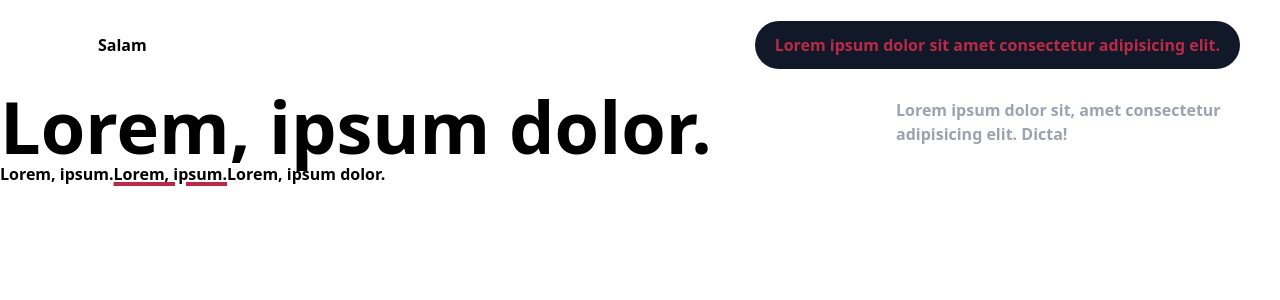
Repository: khaled-m1/Blog-Next.js
Page: /
These files come from the project's save history. The page is drawn as it stood at one moment and after a run of saves; the edit follows.
The browser window is 1280 px wide. The pictures show the whole page.
The project was rebuilt for these pictures with package versions that can differ from the ones it lists, and the page was loaded fresh each time. The framework's server and built-in components were replaced by stand-ins that run in the browser. Also part of the build but not shown: next.config.js.

Above is the page before, as saved 2023-01-15 23:48:33.

### app/layout.tsx
import "../styles/globals.css";

export default function RootLayout({
  children,
}: {
  children: React.ReactNode;
}) {
  return (
    <html>
      <body>{children}</body>
    </html>
  );
}

### app/(user)/layout.tsx
import { Bannar } from "../../components/Bannar";
import Header from "../../components/Header";
import "../../styles/globals.css";

export default function RootLayout({
  children,
}: {
  children: React.ReactNode;
}) {
  return (
    <html>
      <body>
        <Header />
        <Bannar />
        {children}
      </body>
    </html>
  );
}

### styles/globals.css
:root {
  --max-width: 1100px;
  --border-radius: 12px;
  --font-mono: ui-monospace, Menlo, Monaco, "Cascadia Mono", "Segoe UI Mono",
    "Roboto Mono", "Oxygen Mono", "Ubuntu Monospace", "Source Code Pro",
    "Fira Mono", "Droid Sans Mono", "Courier New", monospace;

  --foreground-rgb: 0, 0, 0;
  --background-start-rgb: 214, 219, 220;
  --background-end-rgb: 255, 255, 255;

  --primary-glow: conic-gradient(
    from 180deg at 50% 50%,
    #16abff33 0deg,
    #0885ff33 55deg,
    #54d6ff33 120deg,
    #0071ff33 160deg,
    transparent 360deg
  );
  --secondary-glow: radial-gradient(
    rgba(255, 255, 255, 1),
    rgba(255, 255, 255, 0)
  );

  --tile-start-rgb: 239, 245, 249;
  --tile-end-rgb: 228, 232, 233;
  --tile-border: conic-gradient(
    #00000080,
    #00000040,
    #00000030,
    #00000020,
    #00000010,
    #00000010,
    #00000080
  );

  --callout-rgb: 238, 240, 241;
  --callout-border-rgb: 172, 175, 176;
  --card-rgb: 180, 185, 188;
  --card-border-rgb: 131, 134, 135;
}

@media (prefers-color-scheme: dark) {
  :root {
    --foreground-rgb: 255, 255, 255;
    --background-start-rgb: 0, 0, 0;
    --background-end-rgb: 0, 0, 0;

    --primary-glow: radial-gradient(rgba(1, 65, 255, 0.4), rgba(1, 65, 255, 0));
    --secondary-glow: linear-gradient(
      to bottom right,
      rgba(1, 65, 255, 0),
      rgba(1, 65, 255, 0),
      rgba(1, 65, 255, 0.3)
    );

    --tile-start-rgb: 2, 13, 46;
    --tile-end-rgb: 2, 5, 19;
    --tile-border: conic-gradient(
      #ffffff80,
      #ffffff40,
      #ffffff30,
      #ffffff20,
      #ffffff10,
      #ffffff10,
      #ffffff80
    );

    --callout-rgb: 20, 20, 20;
    --callout-border-rgb: 108, 108, 108;
    --card-rgb: 100, 100, 100;
    --card-border-rgb: 200, 200, 200;
  }
}
* {
  box-sizing: border-box;
  padding: 0;
  margin: 0;
}

html,
body {
  max-width: 100vw;
  overflow-x: hidden;
}

/* body {
  color: rgb(var(--foreground-rgb));
  background: linear-gradient(
      to bottom,
      transparent,
      rgb(var(--background-end-rgb))
    )
    rgb(var(--background-start-rgb));
} */

a {
  color: inherit;
  text-decoration: none;
}

@media (prefers-color-scheme: dark) {
  html {
    color-scheme: dark;
  }
}

@tailwind base;
@tailwind components;
@tailwind utilities;

### components/Bannar.tsx
import React from "react";

export const Bannar = () => {
  return (
    <div className="flex flex-col lg:flex-row lg:space-x-5 justify-between font-bold">
      <div>
        <h1 className="text-7xl">Lorem, ipsum dolor.</h1>
        <h2 className="mt-5 md:mt-0">
          Lorem, ipsum.
          <span className="underline decoration-4 decoration-[#BA2948]">
            Lorem, ipsum.
          </span>
          Lorem, ipsum dolor.
        </h2>
      </div>
      <p className="mt-5 md:mt-2 text-gray-400 max-w-sm">
        Lorem ipsum dolor sit, amet consectetur adipisicing elit. Dicta!
      </p>
    </div>
  );
};

### components/Header.tsx
import Image from "next/image";
import Link from "next/link";
import Logo from "../img/LOGO2.png";
import {
  BoltIcon,
  DevicePhoneMobileIcon,
  GlobeAltIcon,
  ScaleIcon,
} from "@heroicons/react/24/outline";
const Header = () => {
  const features = [
    {
      name: "Competitive exchange rates",
      description:
        "Lorem ipsum, dolor sit amet consectetur adipisicing elit. Maiores impedit perferendis suscipit eaque, iste dolor cupiditate blanditiis ratione.",
      icon: GlobeAltIcon,
    },
    {
      name: "No hidden fees",
      description:
        "Lorem ipsum, dolor sit amet consectetur adipisicing elit. Maiores impedit perferendis suscipit eaque, iste dolor cupiditate blanditiis ratione.",
      icon: ScaleIcon,
    },
    {
      name: "Transfers are instant",
      description:
        "Lorem ipsum, dolor sit amet consectetur adipisicing elit. Maiores impedit perferendis suscipit eaque, iste dolor cupiditate blanditiis ratione.",
      icon: BoltIcon,
    },
    {
      name: "Mobile notifications",
      description:
        "Lorem ipsum, dolor sit amet consectetur adipisicing elit. Maiores impedit perferendis suscipit eaque, iste dolor cupiditate blanditiis ratione.",
      icon: DevicePhoneMobileIcon,
    },
  ];
  return (
    <div className="flex items-center justify-between space-x-2 font-bold px-10 py-5">
      <div className="flex items-center space-x-2">
        <Link href="/">
          <Image
            className="rounded-full"
            src={Logo}
            width={50}
            height={50}
            alt="logo"
          />
        </Link>
        <h1>Salam</h1>
      </div>
      {/* 2 */}
      <div>
      <Link href="/" className="px-5 py-3 text-sm md:text-base bg-gray-900 text-[#BA2948] flex items-center rounded-full text-center">
          Lorem ipsum dolor sit amet consectetur adipisicing elit.
        </Link>
      </div>
    </div>
  );
};

export default Header;

Loaded but not shown: app/(user)/page.tsx (common file); tailwind.config.js (common file)

After the next 4 saves:
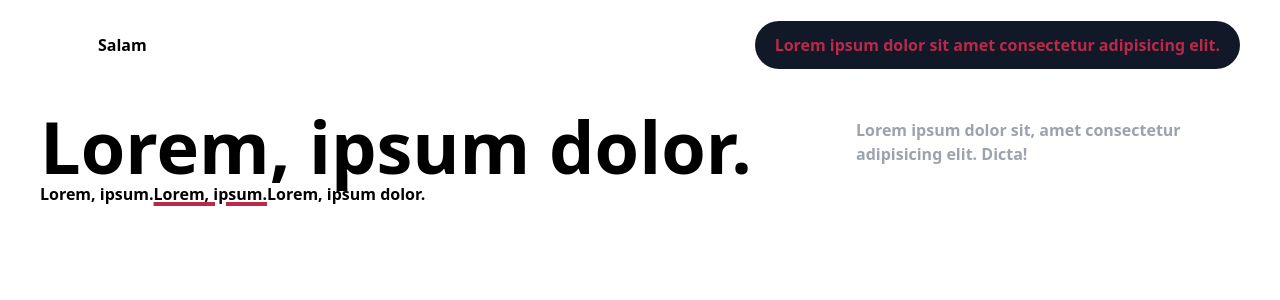
The 4 saves are shown as one change because they came seconds apart.
The last was saved 11 s later.
--- a/components/Bannar.tsx
+++ b/components/Bannar.tsx
@@ -2,7 +2,7 @@ import React from "react";
 
 export const Bannar = () => {
   return (
-    <div className="flex flex-col lg:flex-row lg:space-x-5 justify-between font-bold">
+    <div className="flex flex-col lg:flex-row lg:space-x-5 justify-between font-bold px-10 py-5 mb-10">
       <div>
         <h1 className="text-7xl">Lorem, ipsum dolor.</h1>
         <h2 className="mt-5 md:mt-0">
